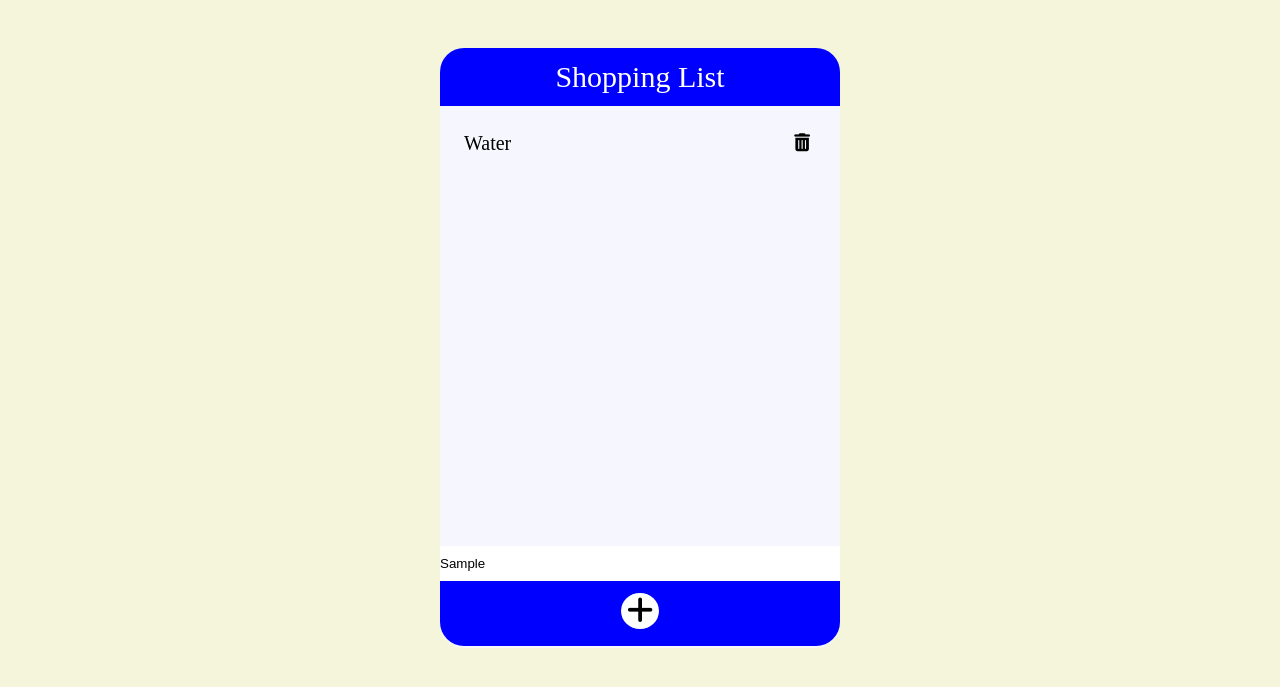
Repository: keehoonjung/Shopping-list
Page: index.html
These files come from the project's save history. The page is drawn as it stood at one moment and after the next save; the edit follows.
The browser window is 1280 px wide. The pictures show the whole page.
Empty fields were first filled with sample values (such as "Sample", 5 or name@example.com).
After loading, the first visible `button.delete__Btn` was clicked once.
Some web libraries are served in a nearby version.

Above is the page before, as saved 2021-08-08 11:03:52.

After the next save:
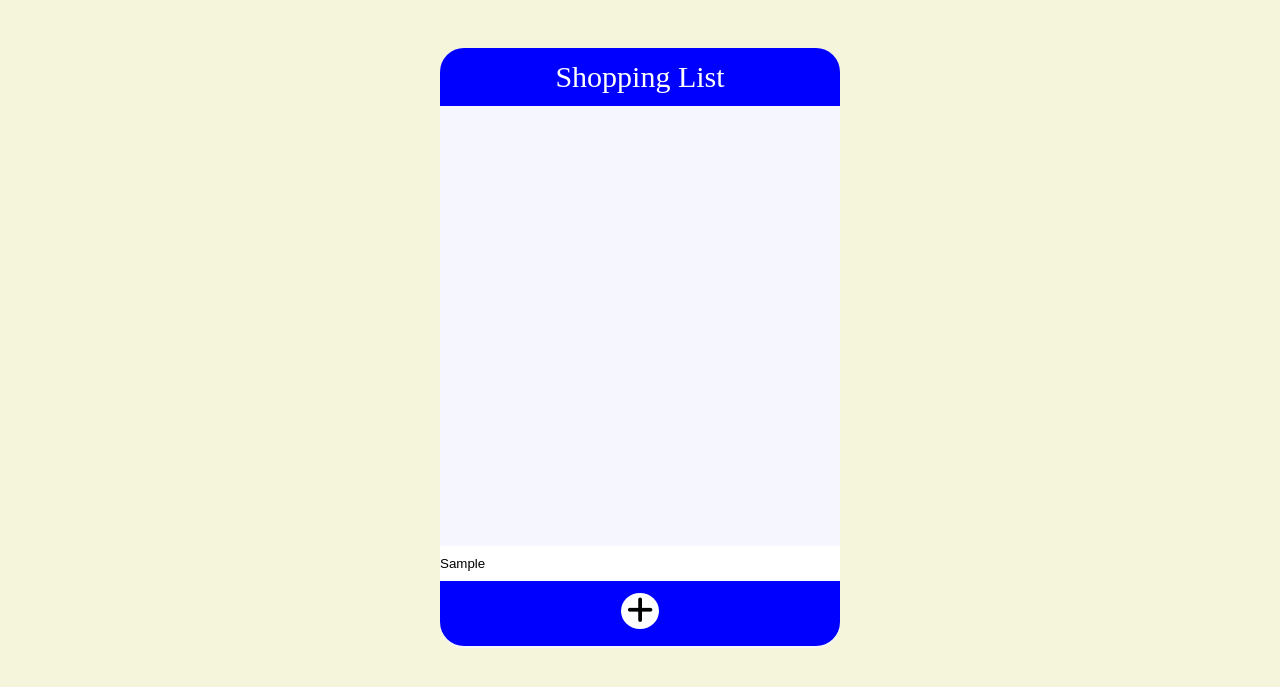
Saved 11 s later.
--- a/main.js
+++ b/main.js
@@ -19,4 +19,5 @@
 deleteBtn.addEventListener("click", (event) => {
   const target = event.target.parentNode;
   console.log(target);
+  shoppingList.removeChild(target);
 });

After the save that followed:
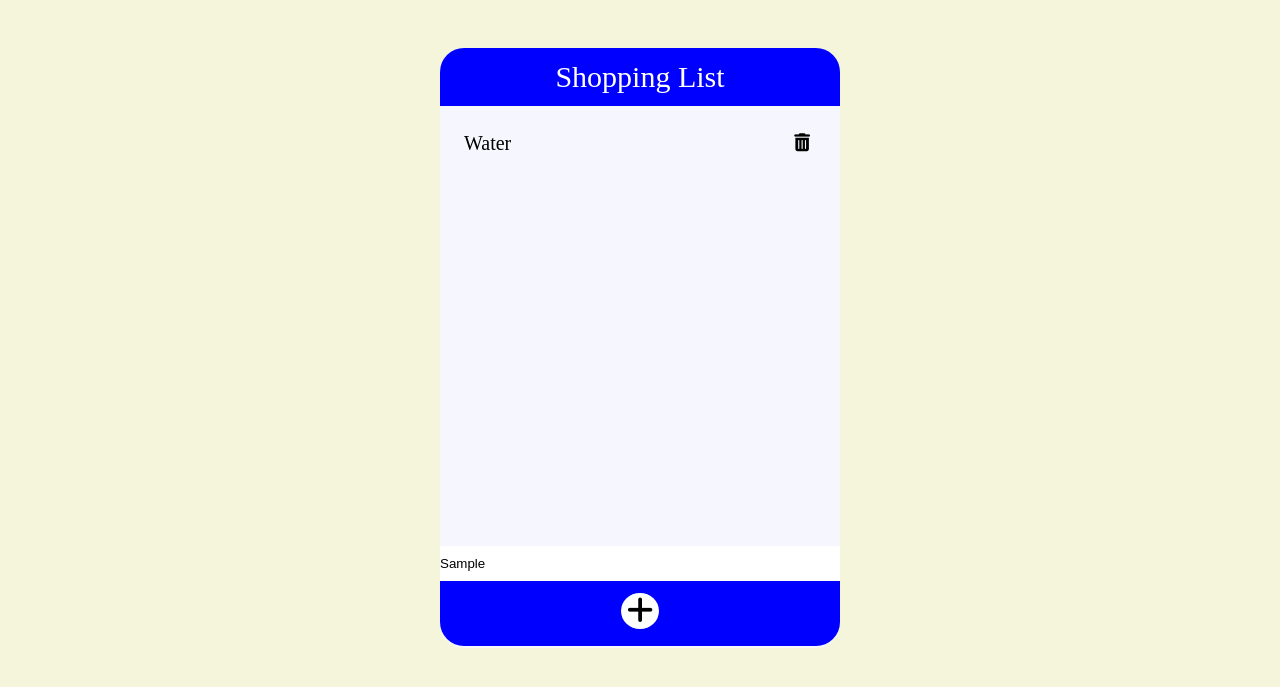
Console error (its wording comes from the project's code and is left out).
Saved 17 s later.
--- a/main.js
+++ b/main.js
@@ -17,7 +17,7 @@
 });
 
 deleteBtn.addEventListener("click", (event) => {
-  const target = event.target.parentNode;
+  const target = event.target.parentNode.parentNode;
   console.log(target);
   shoppingList.removeChild(target);
 });
